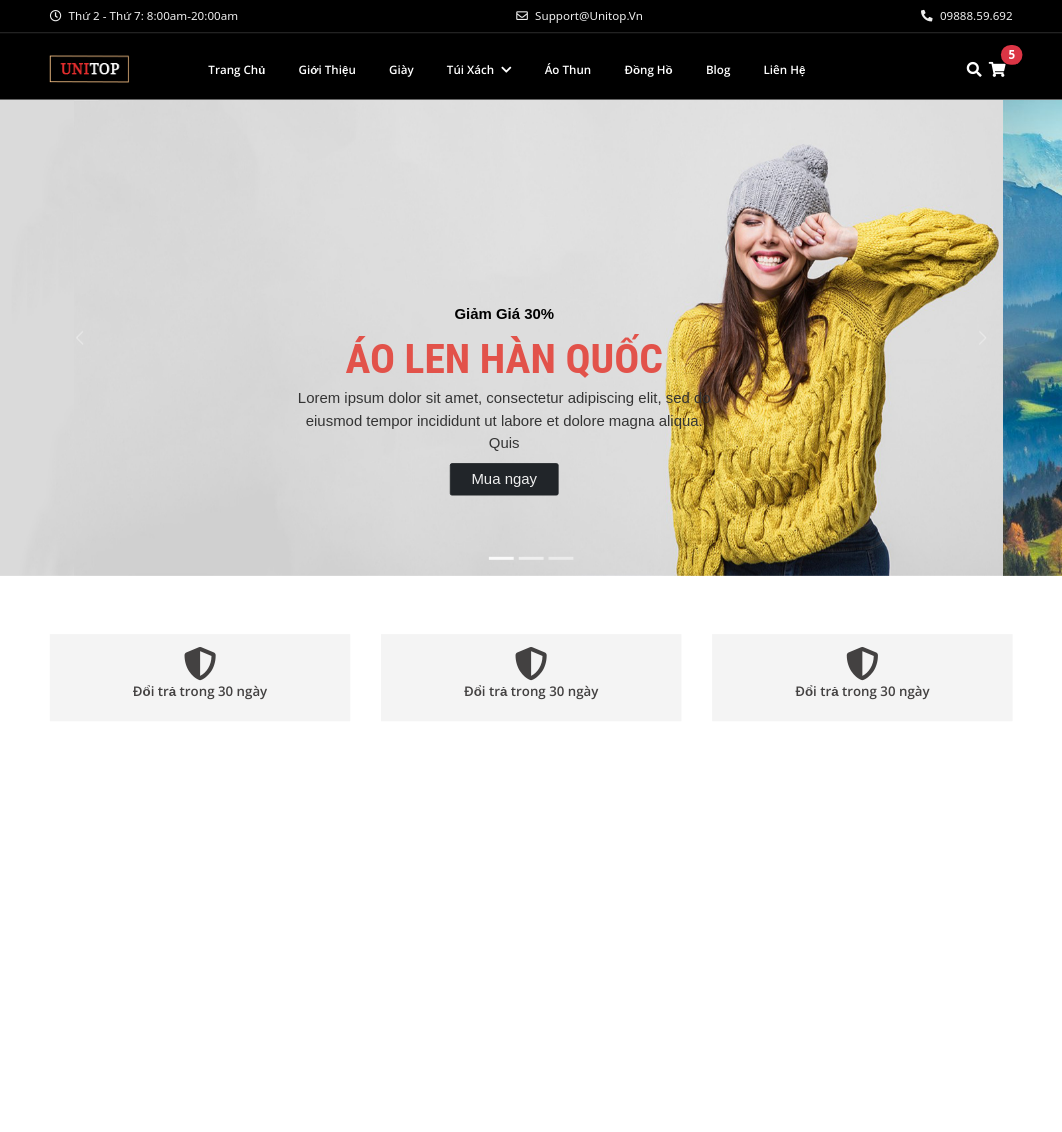
Repository: vinhtk0209/clothes-shop
Page: index.html
An editor plug-in stored every save of this project. The page is shown before and after the next save, followed by the edit.
The browser window is 1280 px wide. The pictures show the whole page, at 83% of full size.

Above is the page before, as saved 2021-10-04 17:25:09.

After the next save:
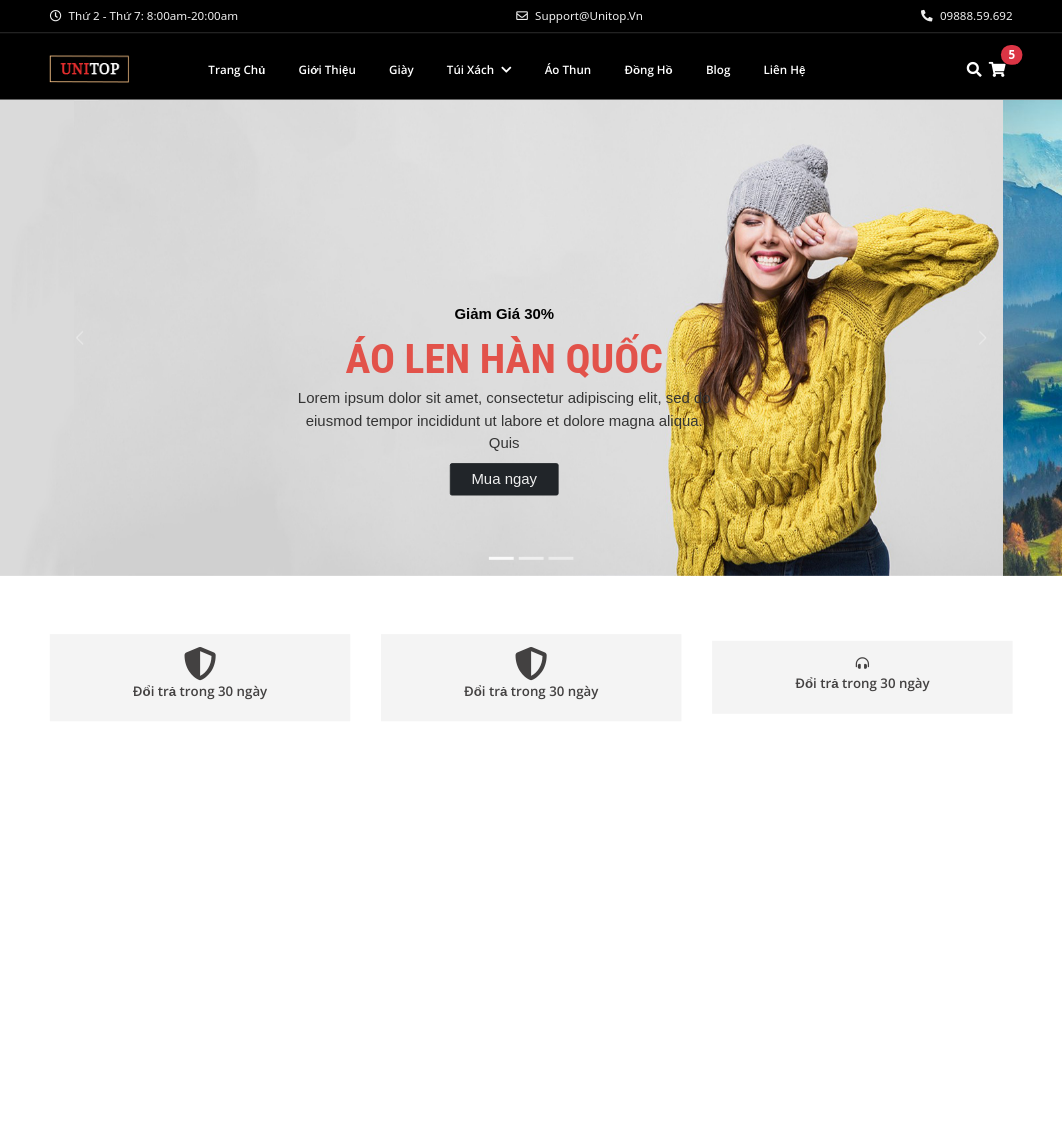
Saved 103 s later.
--- a/index.html
+++ b/index.html
@@ -252,7 +252,7 @@
           <div class="special__offer--freeship box-offer">
             <span class="icon-return-time d-block ">
               <!-- icon freeship  -->
-              <i class="fas fa-shield-alt fs-40"></i>
+              <i class="fas fa-headphones-alt"></i>
             </span>
             <p class="special__offer--descr m-0 ">
               Đổi trả trong 30 ngày
